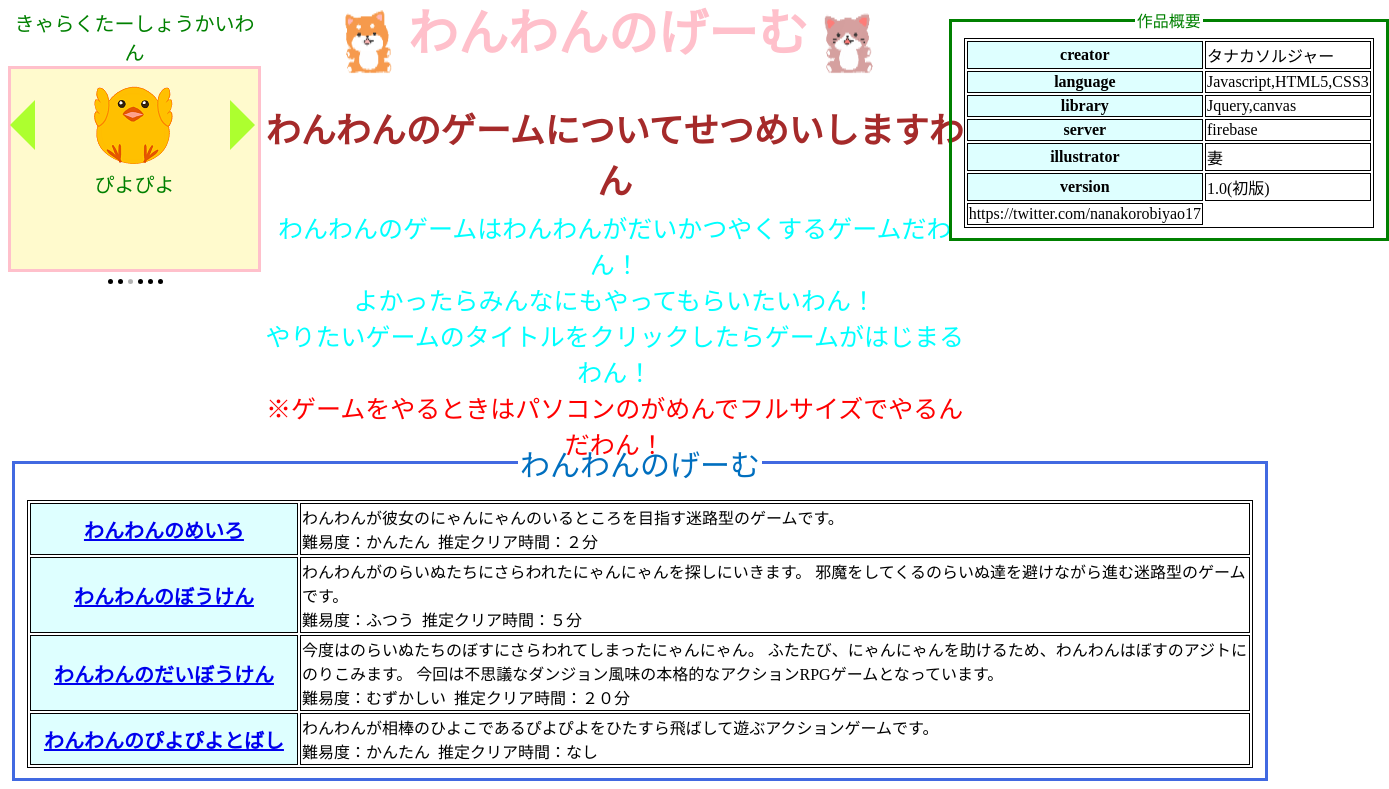
Repository: tatsuya-tanaka27/wanwannogame
Page: index.html
These files come from the project's save history. The page is drawn as it stood at one moment and after a run of saves; the edit follows.
The browser window is 1280 px wide. The page is 1389 px wide, then 1280 px, so the pictures cover 1389 px, including what lies to the right of the window. The pictures show the whole page.
Some web fonts or font styles are not loaded; a fallback is used.

Above is the page before, as saved 2021-03-09 20:41:48.

### index.html
<!DOCTYPE html>
<html>
	<head>
		<meta charset="UTF-8" />
		<meta
			name="”description”"
			content="”とあるおっさんプログラマーが自分のポートフォリオとして、JavascriptとHTMLだけでゲームを作ってみました。ゲームに登場するキャラクター達は妻に描いてもらいました。よかったら、javascriptでゲームを作る参考にしていただけたらなと思います。”"
		/>
		<meta
			name="keywords"
			content="Javascript,HTML,ゲーム,ポートフォリオ,RPG,わんわん"
		/>
		<link rel="stylesheet" href="css/style.css" />
		<link
			href="https://fonts.googleapis.com/earlyaccess/nikukyu.css"
			rel="stylesheet"
		/>
		<link
			href="https://fonts.googleapis.com/earlyaccess/nicomoji.css"
			rel="stylesheet"
		/>
		<link rel="shortcut icon" href="img/favicon.ico" type="image/vnd.microsoft.icon">
		<script src="js/jquery-3.5.1.min.js"></script>
		<title>わんわんのげーむ</title>
	</head>
	<body>
		<!-- 画像読み込み遅延防止のため、あらかじめ画像を読み込んでおく -->
		<div id="hidden_img_area" style="display: none">
			<img class="hidden_img" src="img/inu120.png" alt="わんわん"/>
			<img class="hidden_img" src="img/neko120.png" alt="にゃんにゃん"/>
			<img class="hidden_img" src="img/hiyoko_kirakira80.png" alt="ぴよぴよ"/>
			<img class="hidden_img" src="img/bossinu150.png" alt="ぼす"/>
			<img class="hidden_img" src="img/softcream100.png" alt="そふとくん"/>
			<img class="hidden_img" src="img/unchi100.png" alt="うんちくん"/>
		</div>
		<!-- トップ画面 -->
		<div id="wrapper">
			<main>
				<section id="game-area">
					<div id="top-area">
						<div id="slide-area">
							<div id='left' onclick='moveLeft()'></div>
							<div id="slide-message">
								<span class="wf-nicomoji" style="color: green; font-size: 20px;">
									きゃらくたーしょうかいわん
								</span>
							</div>
							<div id="slide-show-area">
								<figure>
									<img src="" id="slide-img">
									<figcaption id="slide-img-message" class="wf-nicomoji">
									</figcaption>
								</figure>
							</div>
							<div id='right' onclick='moveRight()'></div>
							<div  id="slide-controll-area">
								<ul id="slide-controll">
								</ul>
							</div>
						</div>
						<div id="center-area">
							<div id="title-area">
								<img src="img/inu80.png" />
								<h1 class="wf-nikukyu">わんわんのげーむ</h1>
								<img src="img/neko80.png" />
							</div>
							<div id="description-area">
								<h2 class="wf-nicomoji">
									わんわんのゲームについてせつめいしますわん
								</h2>
								<p class="wf-nicomoji" id="description">
									わんわんのゲームはわんわんがだいかつやくするゲームだわん！<br />
									よかったらみんなにもやってもらいたいわん！<br />
									やりたいゲームのタイトルをクリックしたらゲームがはじまるわん！
								</p>
								<span class="wf-nicomoji" id="red-description">
									※ゲームをやるときはパソコンのがめんでフルサイズでやるんだわん！
								</span>
							</div>
						</div>
						<div id="summary-area">
							<fieldset id="summary-table-border">
							<legend id="summary-table-label">
								作品概要
							</legend>
							<table id="summary-table">
								<tr>
									<th>
										creator
									</th>
									<td>
										タナカソルジャー
									</td>
								</tr>
								<tr>
									<th>
										language
									</th>
									<td>
										Javascript,HTML5,CSS3
									</td>
								</tr>
								<tr>
									<th>
										library
									</th>
									<td>
										Jquery,canvas
									</td>
								</tr>
								<tr>
									<th>
										server
									</th>
									<td>
										firebase
									</td>
								</tr>
								<tr>
									<th>
										illustrator
									</th>
									<td>
										妻
									</td>
								</tr>
								<tr>
									<th>
										version
									</th>
									<td>
										1.0(初版)
									</td>
								</tr>
								<tr>
									<td>https://twitter.com/nanakorobiyao17</td>
								</tr>
							</table>
						</div>
					</div>
					<div id="table-area">
						<fieldset id="table-border">
							<legend id="table-label" class="wf-nikukyu">
								わんわんのげーむ
							</legend>
							<table id="game-table">
								<tr>
									<th>
										<a
											class="wf-nikukyu game-title"
											href="wanwannomeiro/wanwannomeiro.html"
											>わんわんのめいろ</a
										>
									</th>
									<td>
										わんわんが彼女のにゃんにゃんのいるところを目指す迷路型のゲームです。<br />
										難易度：かんたん&nbsp;&nbsp;推定クリア時間：２分
									</td>
								</tr>
								<tr>
									<th>
										<a
											class="wf-nikukyu game-title"
											href="wanwannobouken/wanwannobouken.html"
											>わんわんのぼうけん</a
										>
									</th>
									<td>
										わんわんがのらいぬたちにさらわれたにゃんにゃんを探しにいきます。
										邪魔をしてくるのらいぬ達を避けながら進む迷路型のゲームです。<br />
										難易度：ふつう&nbsp;&nbsp;推定クリア時間：５分
									</td>
								</tr>
								<tr>
									<th>
										<a
											class="wf-nikukyu game-title"
											href="wanwannodaibouken/wanwannodaibouken.html"
										>
											わんわんのだいぼうけん
										</a>
									</th>
									<td>
										今度はのらいぬたちのぼすにさらわれてしまったにゃんにゃん。
										ふたたび、にゃんにゃんを助けるため、わんわんはぼすのアジトにのりこみます。
										今回は不思議なダンジョン風味の本格的なアクションRPGゲームとなっています。<br />
										難易度：むずかしい&nbsp;&nbsp;推定クリア時間：２０分
									</td>
								</tr>
								<tr>
									<th>
										<a
											class="wf-nikukyu game-title"
											href="wanwannopiyopiyotobashi/wanwannopiyopiyotobashi.html"
											>わんわんのぴよぴよとばし</a
										>
									</th>
									<td>
										わんわんが相棒のひよこであるぴよぴよをひたすら飛ばして遊ぶアクションゲームです。<br />
										難易度：かんたん&nbsp;&nbsp;推定クリア時間：なし
									</td>
								</tr>
							</table>
						</fieldset>
					</div>
				</section>
				<script type="text/javascript" src="js/script.js"></script>
			</main>
		</div>
	</body>
</html>

### css/style.css
@charset "UTF-8";

/* 外部スタイル start */
.wf-nikukyu {
	font-family: "Nikukyu";
}
.wf-nicomoji {
	font-family: "Nico Moji";
}

/* 外部スタイル end */

#wrapper {
	margin: auto;
	width: 100%;
}

main {
	display: flex;
	margin: auto;
	width: 100%;
}

#game-area {
	width: 100%;
	margin: auto;
	text-align: center;
}

#top-area {
	display: flex;
}

#slide-area {
	width: 20%;
}

#slide-show-area {
	border: 3px solid pink;
	height: 200px;
	background-color: lemonchiffon;
}

#slide-img-message {
	font-size: 20px;
	color: green;
}

#center-area {
	width: 56%;
}

#title-area {
	display: flex;
	margin: auto;
	width: 81%;
}

#summary-area {
	width: 24%;
}

#summary-table-border {
	width: 95%;
	margin: 0px 0px 0px -20px;
	border: 3px solid green;
}

#summary-table-label {
	color: green;
}

#summary-table {
	margin: auto;
	border: solid 1px black;
	width: 100%;
}

#summary-table th {
	width: 40%;
	border: solid 1px black;
	background-color: #deffff;
}

#summary-table td {
	border: solid 1px black;
	text-align: left;
	vertical-align: middle;
}

#title-area img {
	margin-top: -20px;
}

h1 {
	color: pink;
	font-size: 50px;
	margin-top: -15px;
	text-align: center;
}

h2 {
	color: brown;
	font-size: 35px;
	margin: -5px 0px 5px 0px;
}

#description {
	color: aqua;
	font-size: 25px;
	margin: 0px;
	width: 100%;
}

#red-description {
	color: red;
	font-size: 25px;
	margin: 0px;
}

#table-border {
	width: 97%;
	margin: -20px auto 0px auto;
	border: 3px solid royalblue;
}

#table-label {
	font-size: 30px;
	color: rgb(0, 111, 191);
	margin-bottom: 10px;
}

#game-table {
	margin: auto;
	border: solid 1px black;
	width: 100%;
}

#game-table th {
	width: 22%;
	border: solid 1px black;
	background-color: #deffff;
}

.game-title {
	font-size: 20px;
}

#game-table td {
	border: solid 1px black;
	text-align: left;
	vertical-align: middle;
}

/* スライドショーの矢印用のスタイル start */

/* コンテントなくてもボーダー太ければ表示される*/
#left {
	position: absolute;
	top: 100px;
	left: 0px;
	border-top: 25px solid transparent;
	border-right: 25px solid greenyellow;
	border-bottom: 25px solid transparent;
	border-left: 25px solid transparent;
	margin-left: -15px;
}

#left:hover {
	opacity: 0.5;
	cursor: pointer;
}

/* コンテントなくてもボーダー太ければ表示される*/
#right {
	position: absolute;
	top: 100px;
	left: 230px;
	border-top: 25px solid transparent;
	border-right: 25px solid transparent;
	border-bottom: 25px solid transparent;
	border-left: 25px solid greenyellow;
}

#right:hover {
	cursor: pointer;
}

#slide-controll-area {
	width: 100%;
}

#slide-controll {
	margin-top: 0px;
	display: flex;
	justify-content: center;
}

#slide-controll > li {
	cursor: pointer;
	display: list-item;
	width: 10px;
	height: 10px;
}

#slide-controll li:hover {
	opacity: 0.3;
}

/* スライドショーの矢印用のスタイル end */

### js/script.js
//グローバル変数
let slideArray = document.getElementsByClassName("hidden_img");//スライドショーで使用する画像の配列
let slideStartFlg = true;//スライドショー開始フラグ
let slideImg = document.getElementById("slide-img");//スライドショーの画像
let slideImgMessage = document.getElementById("slide-img-message");//スライドショーの画像のメッセージ
let slideNum = 0;//スライドショー配列の添え字
let timerId = "";//タイマーID
let slideControll = document.getElementById("slide-controll");//スライドショーの黒点リスト
let kurotenNum = 0;//スライドショーの黒点の番号
let kurotenHTML = "";//スライドショーの黒点のHTML

//スライドショー下の黒点を画像のリスト分作成する
Array.prototype.forEach.call(slideArray, function (slideValue) {
    kurotenHTML += "<li id='kuroten" + kurotenNum + "' onclick='slideMove(" + kurotenNum + ")'></li>";
    kurotenNum++;
    if (kurotenNum == slideArray.length) {
        slideControll.innerHTML = kurotenHTML;
    }
})


//開始処理がオンであればスライド処理開始
function slide() {
    slideCommon();
    slideNum++;
    if (slideNum == slideArray.length) {
        slideNum = 0;
    }
    timerId = setTimeout(function (){slide()}, 2000);

}

//指定された秒おきにスライド処理を実行
timerId = setTimeout(function () { slide() }, 1);

//スライド移動左
function moveLeft() {
    slideCommon();
    slideNum--;
    if (slideNum < 0) {
        slideNum = slideArray.length - 1;
    }
    timerId = setTimeout(function (){slide()}, 2000);
}

//スライド移動右
function moveRight() {
    slideCommon();
    slideNum++;
    if (slideNum == slideArray.length) {
        slideNum = 0;
    }
    timerId = setTimeout(function (){slide()}, 2000);
}

//スライド移動
function slideMove(num) {
    clearTimeout(timerId);
    slideNum = num;
    let val = slideArray[slideNum];
    let slidePath = val.getAttribute('src');
    slideImg.setAttribute("src", slidePath);
    slideImgMessage.innerHTML = val.alt;
    for (let slideLoopNum = 0; slideLoopNum < slideArray.length; slideLoopNum++){
        if (slideLoopNum == slideNum) {
            document.getElementById("kuroten" + slideLoopNum).style.opacity = 0.3;
        } else {
            document.getElementById("kuroten" + slideLoopNum).style.opacity = 1.0;
        }
    }
    timerId = setTimeout(function (){slide()}, 2000);
}

//スライド処理の共通処理
function slideCommon() {
    clearTimeout(timerId);
    let val = slideArray[slideNum];
    let slidePath = val.getAttribute('src');
    slideImg.setAttribute("src", slidePath);
    slideImgMessage.innerHTML = val.alt;
    for (let slideLoopNum = 0; slideLoopNum < slideArray.length; slideLoopNum++){
        if (slideLoopNum == slideNum) {
            document.getElementById("kuroten" + slideLoopNum).style.opacity = 0.3;
        } else {
            document.getElementById("kuroten" + slideLoopNum).style.opacity = 1.0;
        }
    }
}

Loaded but not shown: js/jquery-3.5.1.min.js (library)

After the next 4 saves:
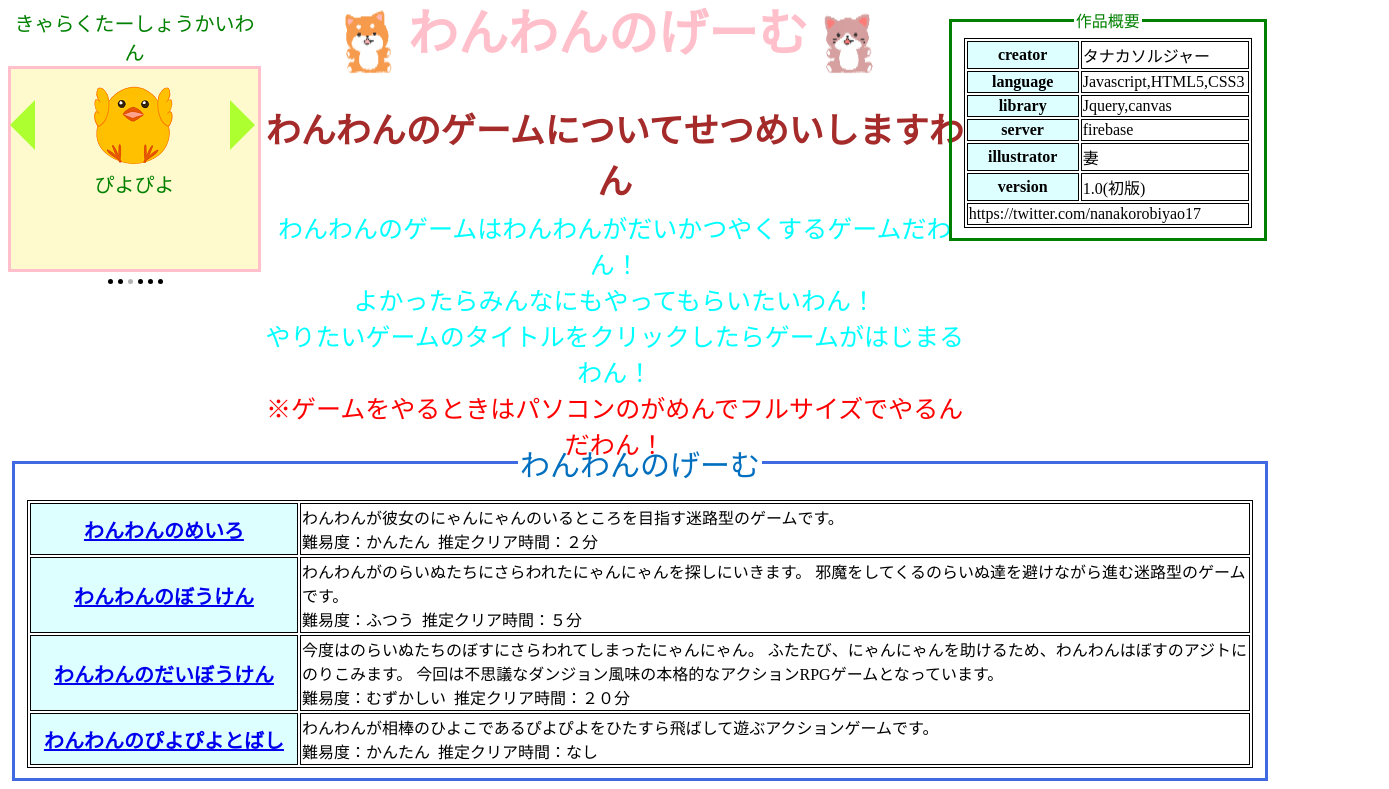
The 4 saves are shown as one change because they came seconds apart.
The last was saved 25 s later.
--- a/index.html
+++ b/index.html
@@ -133,7 +133,7 @@
 									</td>
 								</tr>
 								<tr>
-									<td>https://twitter.com/nanakorobiyao17</td>
+									<td colspan="2">https://twitter.com/nanakorobiyao17</td>
 								</tr>
 							</table>
 						</div>
